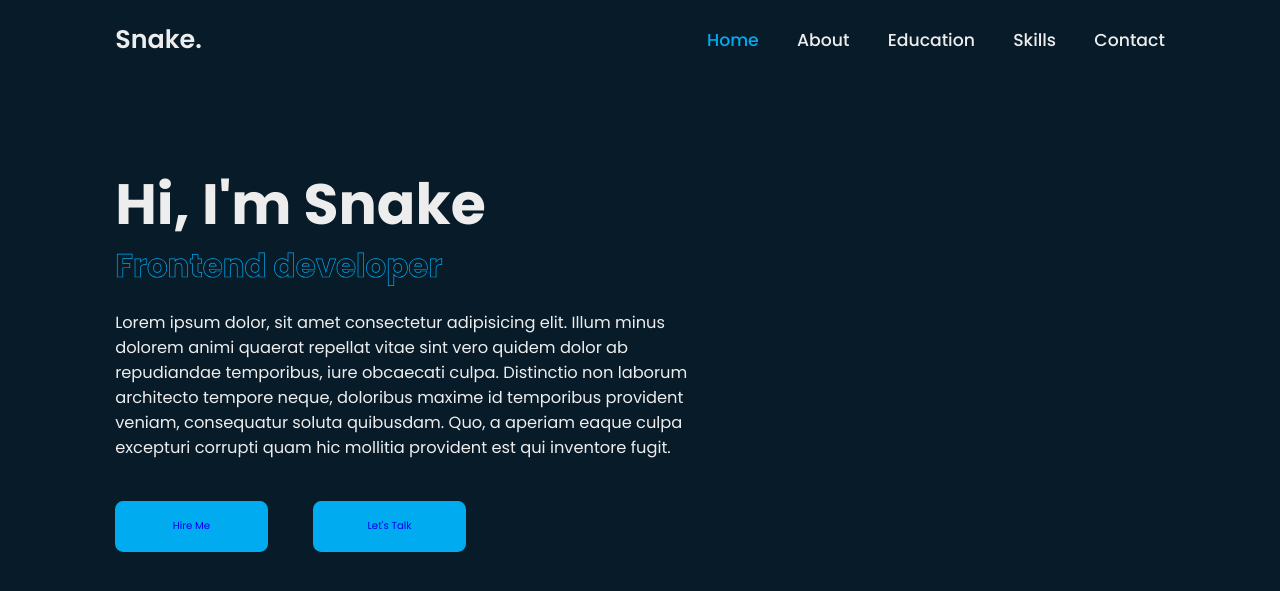
Repository: Tanty102/About_Me
Page: index.html
The author's editor kept a copy of each file at every save. The page is drawn from the files as they stood at one save, then again after the next save.
The browser window is 1280 px wide. The pictures show the whole page.

Above is the page before, as saved 2023-09-12 16:46:44.

After the next save:
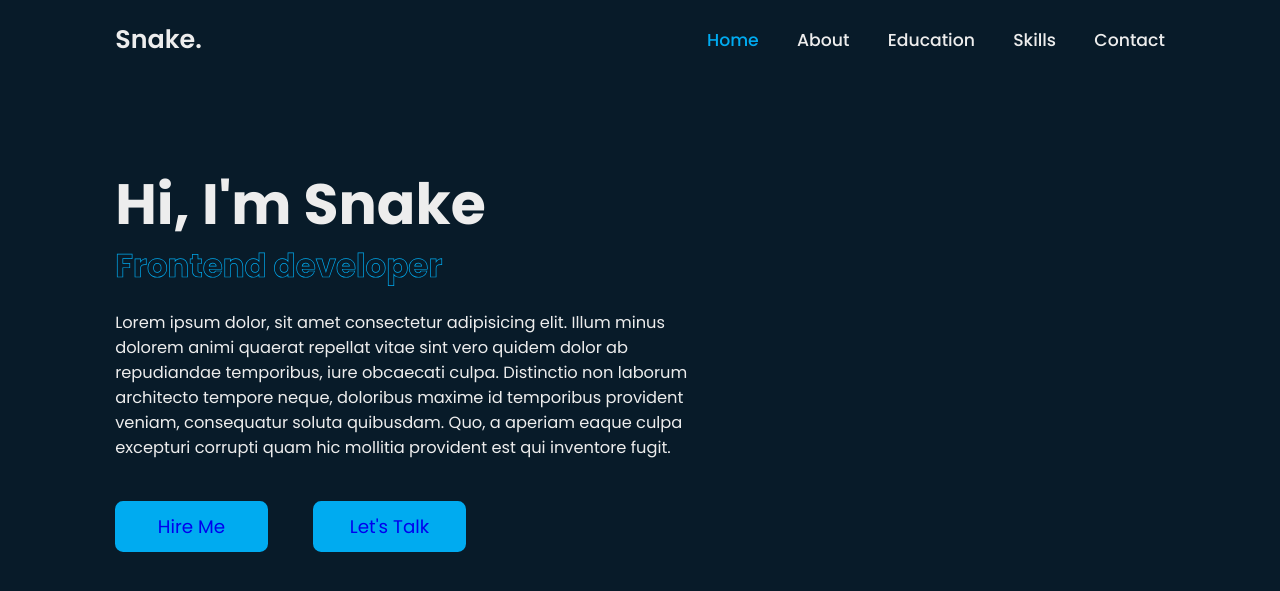
Saved 6 s later.
--- a/style.css
+++ b/style.css
@@ -122,5 +122,6 @@ section {
   background: var(--main-color);
   border: .2rem solid var(--main-color);
   border-radius: .8rem;
-  font-size: ;
+  font-size: 1.8rem;
+  fw
 }
